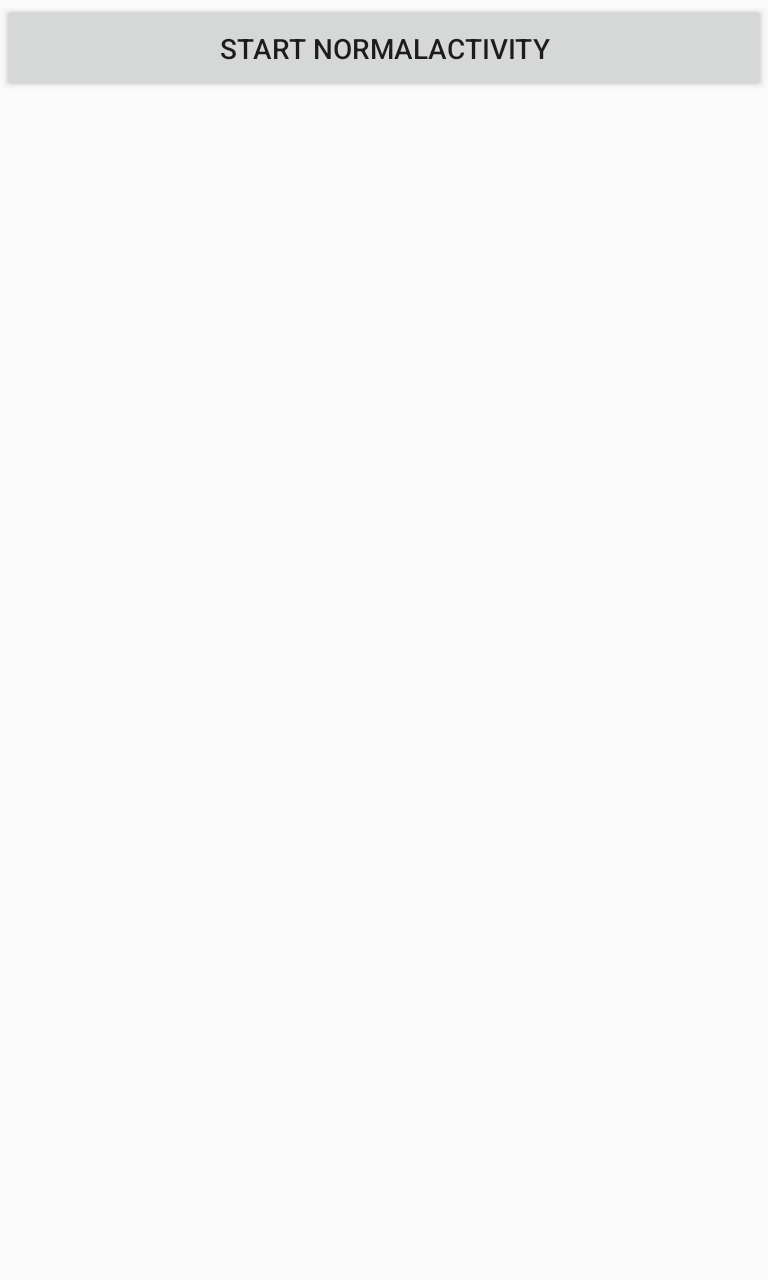
Repository: hohoTT/Android_summarize
Layout: ActivityLifeCycleTest/res/layout/activity_main.xml
These files come from the project's save history. The layout is drawn as it stood at one moment and after the next save; the edit follows.
It is drawn on a 768 x 1280 px phone screen (xhdpi) without system bars, with theme AppTheme; the app's code is not run.

Above is the layout before, as saved 2016-02-22 08:27:17.

After the next save:
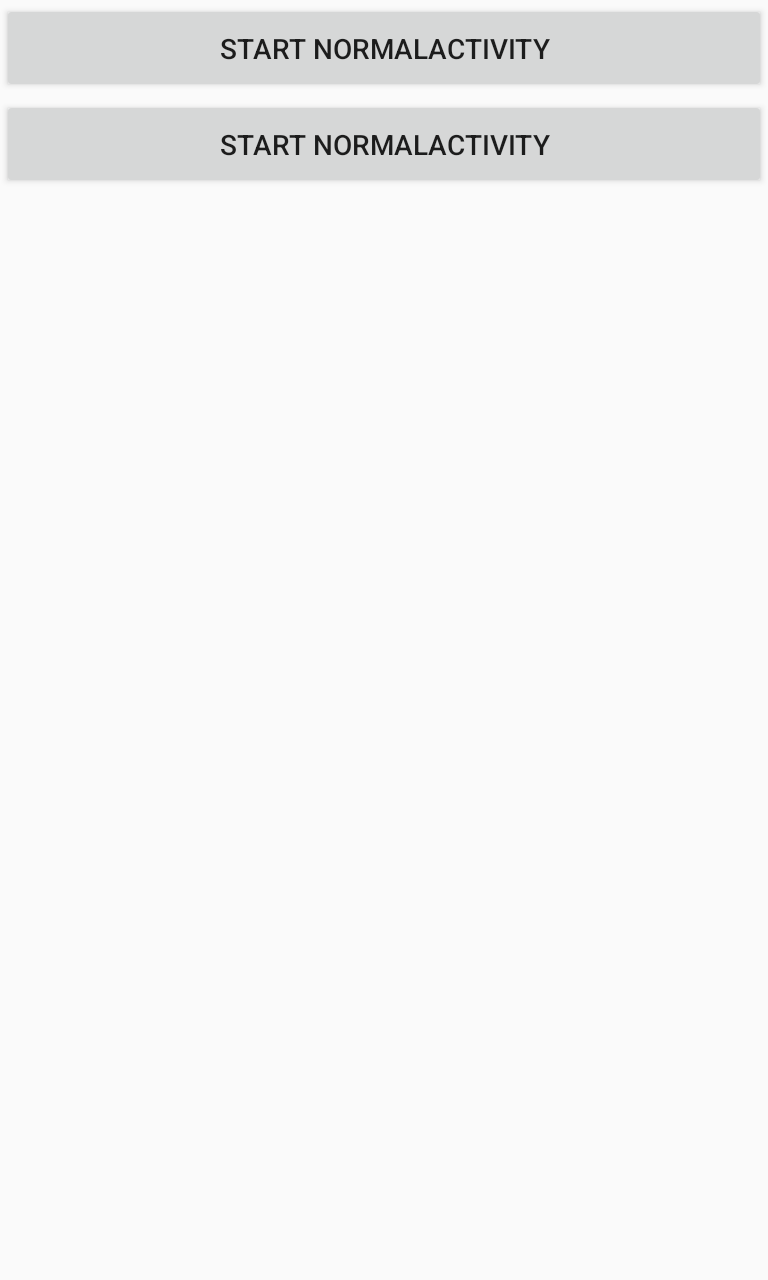
Saved 10 s later.
--- a/ActivityLifeCycleTest/res/layout/activity_main.xml
+++ b/ActivityLifeCycleTest/res/layout/activity_main.xml
@@ -9,4 +9,10 @@
         android:layout_height="wrap_content"
         android:text="Start NormalActivity" />
 
+    <Button
+        android:id="@+id/start_dialog_activity"
+        android:layout_width="match_parent"
+        android:layout_height="wrap_content"
+        android:text="Start NormalActivity" />
+
 </LinearLayout>
